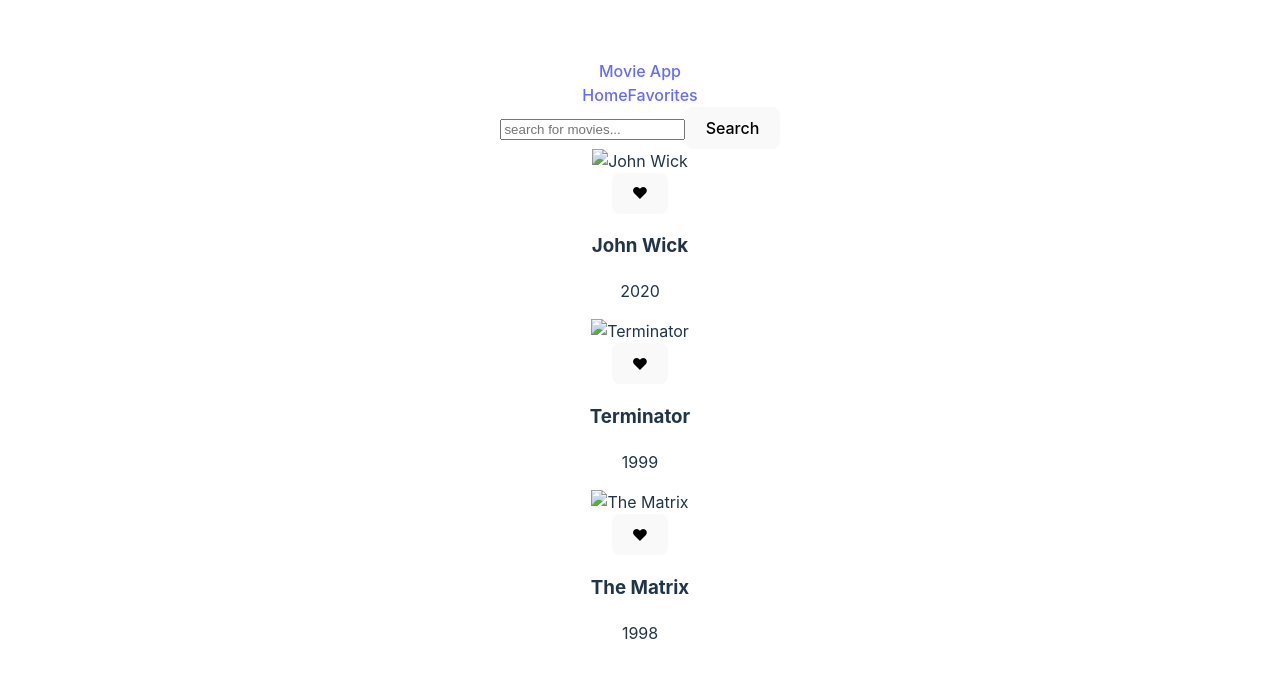
Repository: gogg23/movie-app
Page: / (app in movie app/)
An editor plug-in stored every save of this project. The page is shown before and after the next save, followed by the edit.
The browser window is 1280 px wide. The pictures show the whole page.
The project was rebuilt for these pictures with package versions that can differ from the ones it lists, and the page was loaded fresh each time. Also part of the build but not shown: movie app/vite.config.js, movie app/src/pages/Favorites.jsx.

Above is the page before, as saved 2025-02-22 11:52:34.

### movie app/index.html
<!DOCTYPE html>
<html lang="en">
  <head>
    <meta charset="UTF-8" />
    <link rel="icon" type="image/svg+xml" href="/vite.svg" />
    <meta name="viewport" content="width=device-width, initial-scale=1.0" />
    <title>Movie List</title>
  </head>
  <body>
    <div id="root"></div>
    <script type="module" src="/src/main.jsx"></script>
  </body>
</html>

### movie app/src/App.jsx
import './App.css';
import Favorites from './pages/Favorites';
import Home from './pages/Home';
import { Routes, Route } from 'react-router-dom';
import NavBar from './components/NavBar';

function App() {
  return (
    <div>
      <NavBar />
      <main className='main-content'>
        <Routes>
          <Route path='/' element={<Home />} />
          <Route path='/favorites' element={<Favorites />} />
        </Routes>
      </main>
    </div>
  );
}

export default App;

### movie app/src/pages/Home.jsx
import MovieCard from '../components/MovieCard';
import { useState } from 'react';

function Home() {
  const [searchQuery, setSearchQuery] = useState('');

  const movies = [
    { id: 1, title: 'John Wick', release_date: '2020' },
    { id: 2, title: 'Terminator', release_date: '1999' },
    { id: 3, title: 'The Matrix', release_date: '1998' },
  ];

  const handleSearch = (e) => {
    e.preventDefault(e);
    alert(searchQuery);
    setSearchQuery('');
  };

  return (
    <div className='home'>
      <form onSubmit={handleSearch} className='search-form'>
        <input
          type='text'
          placeholder='search for movies...'
          className='search-input'
          value={searchQuery}
          onChange={(e) => setSearchQuery(e.target.value)}
        />
        <button type='submit' className='search-button'>
          Search
        </button>
      </form>
      <div className='movies-grid'>
        {movies.map((movie) => (
          <MovieCard movie={movie} key={movie.id} />
        ))}
      </div>
    </div>
  );
}
export default Home;

### movie app/src/components/NavBar.jsx
import React from 'react';
import { Link } from 'react-router-dom';

function NavBar() {
  return (
    <nav className='nav-bar'>
      <div className='navbar-brand'>
        <Link to='/'>Movie App</Link>
      </div>
      <div className='navbar-links'>
        <Link to='/' className='nav-link'>
          Home
        </Link>
        <Link to='/favorites' className='nav-link'>
          Favorites
        </Link>
      </div>
    </nav>
  );
}

export default NavBar;

### movie app/src/components/MovieCard.jsx
function MovieCard({ movie }) {
  function onFavoriteClick() {
    alert('clicked');
  }

  return (
    <div className='movie-card'>
      <div className='movie-poster'>
        <img src={movie.url} alt={movie.title} />
        <div className='movie-overlay'></div>
        <button className='favorite-btn' onClick={onFavoriteClick}>
          ♥
        </button>
      </div>
      <div className='movie-info'>
        <h3>{movie.title}</h3>
        <p>{movie.release_date}</p>
      </div>
    </div>
  );
}

export default MovieCard;

Loaded but not shown: movie app/src/main.jsx (common file); movie app/src/index.css (common file); movie app/src/App.css (common file); movie app/src/css/App.css (common file)

After the next save:
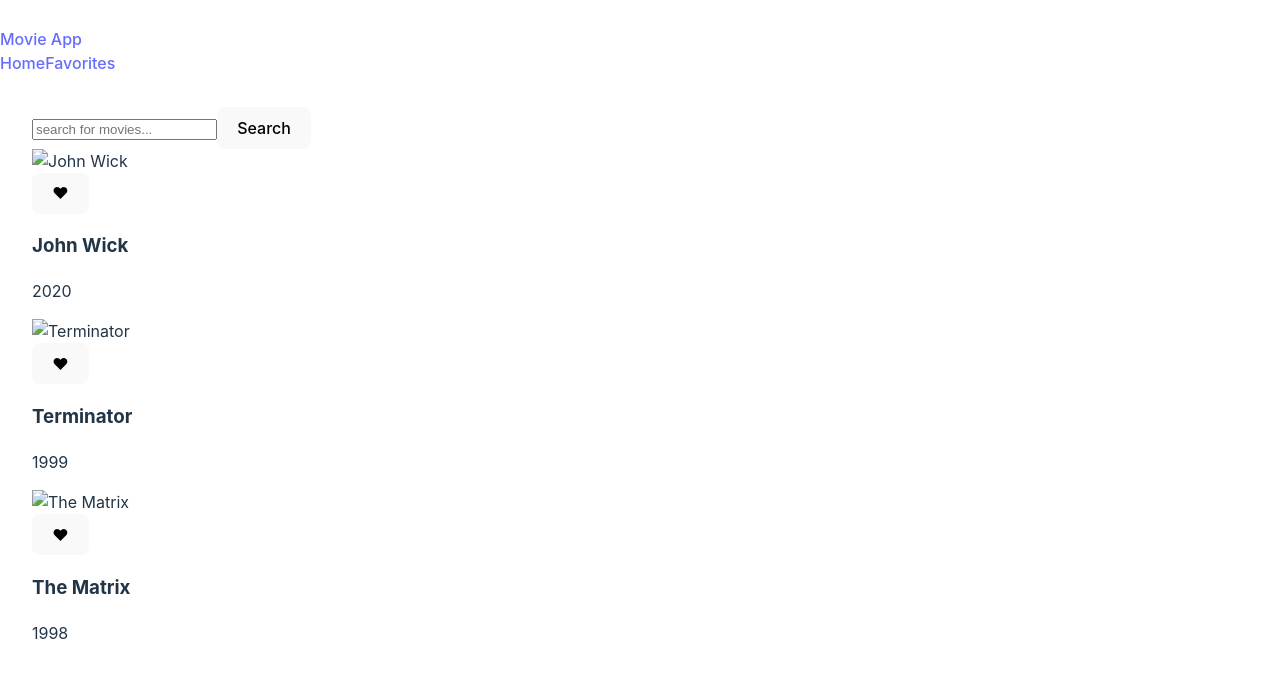
Saved 3 min 6 s later.
--- a/movie app/src/App.jsx
+++ b/movie app/src/App.jsx
@@ -1,4 +1,4 @@
-import './App.css';
+import './css/App.css';
 import Favorites from './pages/Favorites';
 import Home from './pages/Home';
 import { Routes, Route } from 'react-router-dom';
